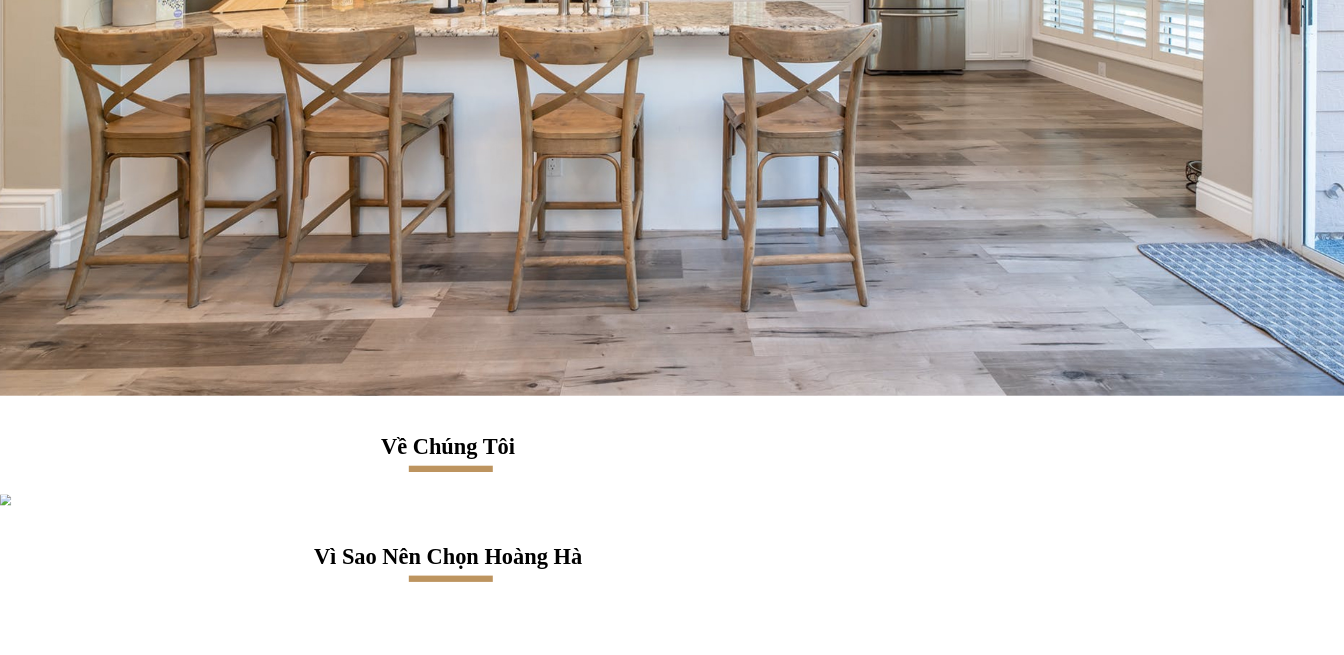
Repository: LDDUNG2003/front_end
Page: index.html
The author's editor kept a copy of each file at every save. The page is drawn from the files as they stood at one save, then again after the next save.
The browser window is 1280 px wide. The page is 1920 px wide, so the pictures cover 1920 px, including what lies to the right of the window. The pictures show the part of the page from y = 2216 to 3496 px (the page is 3151 px tall before and 3496 px after), at 70% of full size.
Some web libraries are served in a nearby version.

Above is the page before, as saved 2023-08-29 10:10:17.

### index.html
<!DOCTYPE html>
<html lang="en">

<head>
    <meta charset="UTF-8">
    <meta name="viewport" content="width=device-width, initial-scale=1.0">
    <title>Document</title>
    <link rel="stylesheet" href="https://cdnjs.cloudflare.com/ajax/libs/font-awesome/6.4.2/css/all.min.css" integrity="sha512-z3gLpd7yknf1YoNbCzqRKc4qyor8gaKU1qmn+CShxbuBusANI9QpRohGBreCFkKxLhei6S9CQXFEbbKuqLg0DA==" crossorigin="anonymous" referrerpolicy="no-referrer"
    />
    <link rel="stylesheet" type="text/css" href="//cdn.jsdelivr.net/npm/slick-carousel@1.8.1/slick/slick.css" />
    <link rel="stylesheet" type="text/css" href="//cdn.jsdelivr.net/npm/slick-carousel@1.8.1/slick/slick-theme.css" />
    <link rel="stylesheet" href="./public/css/base.css">
    <link rel="stylesheet" href="./public/css/home.css">
    <script src="https://kit.fontawesome.com/9ffed7d99e.js" crossorigin="anonymous"></script>
</head>

<>
    <div class="main">
        <div class="header">
            <div class="navBar">
                <img src="./public/img/logo.png" alt="logo" class="logo">
                <ul class="navBar__list">
                    <li class="navBar__list-item"><a href="" class="navBar__list--link">trang chủ</a></li>
                    <li class="navBar__list-item">
                        <a href="" class="navBar__list--link">giới thiệu</a>
                    </li>
                    <li class="navBar__list-item">
                        <a href="" class="navBar__list--link">sản phẩm</a>
                    </li>
                    <li class="navBar__list-item">
                        <a href="" class="navBar__list--link">đối tác</a>
                    </li>
                    <li class="navBar__list-item">
                        <a href="" class="navBar__list--link">tin tức</a>
                    </li>
                    <li class="navBar__list-item">
                        <a href="" class="navBar__list--link">liên hệ</a>
                    </li>
                </ul>
            </div>
        </div>
        <div class="content">
            <div class="content__banner">
                <div class="content--list-image">
                    <img class="content--image" src="./public/img/banner.png" alt="">
                </div>
                <div class="banner--content">
                    <h2 class="banner--content-text-title">THẾ GIỚI NỘI THẤT SỐ 1 VIỆT NAM</h2>
                    <h2 class="banner--content-text-title" style="color: var(--primary-color)">hoàng hoan</h2>
                    <p class="banner--content-text">Sứ mệnh của chúng tôi là kết hợp hài hòa giữa ý tưởng và mong muốn của khách hàng, đem lại những phút giây thư giãn tuyệt vời bên gia đình và những người thân yêu.</p>
                    <button class="banner--button">LIÊN HỆ NGAY</button>
                </div>
            </div>
            <div class="content__focut">
                <ul class="focut--list">
                    <li class="focut--item">
                        <img src="./public/img/product/icon-phong-khach.png" alt="" class="focut--img">
                        <h6 class="focut--text">Phòng khách</h6>
                    </li>
                    <li class="focut--item">
                        <img src="./public/img/product/icon-phong-ngu.png" alt="" class="focut--img">
                        <h6 class="focut--text">Phòng Ngủ</h6>
                    </li>
                    <li class="focut--item">
                        <img src="./public/img/product/icon-phong-bep.png" alt="" class="focut--img">
                        <h6 class="focut--text">Phòng Bếp</h6>
                    </li>
                    <li class="focut--item">
                        <img src="./public/img/product/icon-phong-tam.png" alt="" class="focut--img">
                        <h6 class="focut--text">Phòng Tắm</h6>
                    </li>
                    <li class="focut--item">
                        <img src="./public/img/product/icon-tre-em.png" alt="" class="focut--img">
                        <h6 class="focut--text">Trẻ Em</h6>
                    </li>
                    <li class="focut--item">
                        <img src="./public/img/product/icon-van-phong.png" alt="" class="focut--img">
                        <h6 class="focut--text">Văn Phòng</h6>
                    </li>
                    <li class="focut--item">
                        <img src="./public/img/product/icon-cau-thang.png" alt="" class="focut--img">
                        <h6 class="focut--text">Cầu Thang</h6>
                    </li>
                    <li class="focut--item">
                        <img src="./public/img/product/icon-do-trang-tri.png" alt="" class="focut--img">
                        <h6 class="focut--text">Đồ Trang Trí</h6>
                    </li>
                </ul>
            </div>
            <div class="content__featured">
                <h2 class="content--title">SẢN PHẨM NỔI BẬT</h2>
                <ul class="featured--list" data-slick='{"slidesToShow": 4, "slidesToScroll": 4}'>
                    <li class="featured--item">
                        <img src="./public/img/featured/giuong-ngu.png" alt="" class="featured--img">
                        <div class="featured--content">
                            <h5 class="featured-name">Giường Châu Âu</h5>
                            <ul class="evaluate--list">
                                <li><i class="fa-solid fa-star" style="color: #eff312;"></i></li>
                                <li><i class="fa-solid fa-star" style="color: #eff312;"></i></li>
                                <li><i class="fa-solid fa-star" style="color: #eff312;"></i></li>
                                <li><i class="fa-solid fa-star" style="color: #eff312;"></i></li>
                                <li><i class="fa-solid fa-star" style="color: #eff312;"></i></li>
                            </ul>
                            <i class="note-product">(size vừa , trắng nâu)</i>
                            <p class="price-product">3.999.000 VND</p>
                        </div>
                    </li>
                    <li class="featured--item">
                        <img src="./public/img/featured/giuong-ngu.png" alt="" class="featured--img">
                        <div class="featured--content">
                            <h5 class="featured-name">Giường Châu Âu</h5>
                            <ul class="evaluate--list">
                                <li><i class="fa-solid fa-star" style="color: #eff312;"></i></li>
                                <li><i class="fa-solid fa-star" style="color: #eff312;"></i></li>
                                <li><i class="fa-solid fa-star" style="color: #eff312;"></i></li>
                                <li><i class="fa-solid fa-star" style="color: #eff312;"></i></li>
                                <li><i class="fa-solid fa-star" style="color: #eff312;"></i></li>
                            </ul>
                            <i class="note-product">(size vừa , trắng nâu)</i>
                            <p class="price-product">3.999.000 VND</p>
                        </div>
                    </li>
                    <li class="featured--item">
                        <img src="./public/img/featured/giuong-ngu.png" alt="" class="featured--img">
                        <div class="featured--content">
                            <h5 class="featured-name">Giường Châu Âu</h5>
                            <ul class="evaluate--list">
                                <li><i class="fa-solid fa-star" style="color: #eff312;"></i></li>
                                <li><i class="fa-solid fa-star" style="color: #eff312;"></i></li>
                                <li><i class="fa-solid fa-star" style="color: #eff312;"></i></li>
                                <li><i class="fa-solid fa-star" style="color: #eff312;"></i></li>
                                <li><i class="fa-solid fa-star" style="color: #eff312;"></i></li>
                            </ul>
                            <i class="note-product">(size vừa , trắng nâu)</i>
                            <p class="price-product">3.999.000 VND</p>
                        </div>
                    </li>
                    <li class="featured--item">
                        <img src="./public/img/featured/giuong-ngu.png" alt="" class="featured--img">
                        <div class="featured--content">
                            <h5 class="featured-name">Giường Châu Âu</h5>
                            <ul class="evaluate--list">
                                <li><i class="fa-solid fa-star" style="color: #eff312;"></i></li>
                                <li><i class="fa-solid fa-star" style="color: #eff312;"></i></li>
                                <li><i class="fa-solid fa-star" style="color: #eff312;"></i></li>
                                <li><i class="fa-solid fa-star" style="color: #eff312;"></i></li>
                                <li><i class="fa-solid fa-star" style="color: #eff312;"></i></li>
                            </ul>
                            <i class="note-product">(size vừa , trắng nâu)</i>
                            <p class="price-product">3.999.000 VND</p>
                        </div>
                    </li>
                    <li class="featured--item">
                        <img src="./public/img/featured/giuong-ngu.png" alt="" class="featured--img">
                        <div class="featured--content">
                            <h5 class="featured-name">Giường Châu Âu</h5>
                            <ul class="evaluate--list">
                                <li><i class="fa-solid fa-star" style="color: #eff312;"></i></li>
                                <li><i class="fa-solid fa-star" style="color: #eff312;"></i></li>
                                <li><i class="fa-solid fa-star" style="color: #eff312;"></i></li>
                                <li><i class="fa-solid fa-star" style="color: #eff312;"></i></li>
                                <li><i class="fa-solid fa-star" style="color: #eff312;"></i></li>
                            </ul>
                            <i class="note-product">(size vừa , trắng nâu)</i>
                            <p class="price-product">3.999.000 VND</p>
                        </div>
                    </li>
                </ul>
            </div>
            <div class="about__us">
                <div class="about--background">
                    <img src="./public/img/about/bg-about-us.jpg" alt="">
                </div>
                <div class="about__us-bag">
                    <div class="about-bag">
                        <div class=" about__content ">
                            <h2 class="content--title ">Về Chúng Tôi</h2>
                            <div class="about--block ">
                                <div class="about--content ">
                                    <img src=" " alt=" ">
                                </div>
                                <div class="about--content "></div>
                            </div>
                        </div>
                        <div class="about__content ">
                            <h2 class="content--title ">Vì Sao Nên Chọn Hoàng Hà</h2>
                            <div class="about__choose">
                                <ul class="choose--list">
                                    <li class="choose--item">
                                        <img src="" alt="" class="choose--img">
                                        <div class="choose--contain">
                                            <h4 class="choose--title"></h4>
                                            <p class="choose--text"></p>
                                        </div>
                                    </li>
                                    <li class="choose--item">
                                        <img src="" alt="" class="choose--img">
                                        <div class="choose--contain">
                                            <h4 class="choose--title"></h4>
                                            <p class="choose--text"></p>
                                        </div>
                                    </li>
                                    <li class="choose--item">
                                        <img src="" alt="" class="choose--img">
                                        <div class="choose--contain">
                                            <h4 class="choose--title"></h4>
                                            <p class="choose--text"></p>
                                        </div>
                                    </li>
                                    <li class="choose--item">
                                        <img src="" alt="" class="choose--img">
                                        <div class="choose--contain">
                                            <h4 class="choose--title"></h4>
                                            <p class="choose--text"></p>
                                        </div>
                                    </li>
                                </ul>
                            </div>
                        </div>
                    </div>
                </div>
            </div>
        </div>
        <div class="footer "></div>
    </div>
    <script type="text/javascript " src="//code.jquery.com/jquery-1.11.0.min.js "></script>
    <script type="text/javascript " src="//code.jquery.com/jquery-migrate-1.2.1.min.js "></script>
    <script type="text/javascript " src="//cdn.jsdelivr.net/npm/slick-carousel@1.8.1/slick/slick.min.js "></script>
    <script>
        $(document).ready(function() {
            $('.featured--list').slick();
        });
    </script>
    </body>

</html>

### public/css/base.css
* {
    padding: 0px;
    margin: 0px;
}

:root {
    --primary-color: #bd945f;
    --text-color: #222222;
}


/* font setting */

@font-face {
    font-family: "gotham-family";
    src: url(../front/Gotham-Medium.otf);
    font-family: "gotham-linear";
    src: url(../front/Gotham-Thin.otf);
    font-family: "gotham-utral";
    src: url(../front/Gotham-Ultra.otf);
}

* {
    font-family: "gotham-family";
}

.main {
    width: 100%;
}

.header {
    padding: 10px 0px;
    margin: auto;
    width: 100%;
    max-width: 1200px;
}

.navBar {
    display: flex;
    width: 100%;
    justify-content: space-between;
}

.logo {
    height: 80px;
}

.navBar__list {
    display: flex;
    list-style: none;
    align-items: center;
}

.navBar__list-item {
    margin: 0 10px;
}

.navBar__list--link {
    text-transform: uppercase;
    font-size: 16px;
    color: var(--text-color);
    text-decoration: none;
}

.featured--content {}

.featured-name {
    font-size: 18px;
    text-transform: capitalize;
}

.evaluate--list {
    list-style: none;
    display: flex;
    justify-content: center;
}

.evaluate--list li {
    padding: 5px;
    margin: 0;
}

.note-product {}

.price-product {
    padding: 7px 0px;
    font-weight: 800;
    font-size: 16px;
}

.slick-prev:before,
.slick-next:before {
    color: var(--primary-color);
    width: 15px;
}

### public/css/home.css
.content {
    width: 100%;
    max-width: 1500px;
    margin: auto;
}

.content__banner {
    width: 100%;
    position: relative;
}

.content--list-image {
    width: 100%;
    max-width: 1500px;
    margin: auto;
}

.content--image {
    width: 100%;
}

.banner--content {
    position: absolute;
    top: 10%;
    left: 15%;
}

.banner--content-text-title {
    text-transform: uppercase;
    font-family: 800;
    font-family: "gotham-utral";
    font-size: 25px;
}

.banner--content-text {
    font-size: 18px;
    color: var(--text-color);
    width: 420px;
}

.banner--button {
    padding: 20px;
    color: aliceblue;
    background-color: var(--primary-color);
    border: none;
    font-family: "gotham-utral";
    font-size: 18px;
    cursor: pointer;
}

.content__focut {
    position: relative;
    background-color: #ffffff;
    top: -60px;
    max-width: 1200px;
    width: 100%;
    margin: auto;
}

.focut--list {
    margin: auto;
    display: flex;
    width: 100%;
    list-style: none;
    flex-wrap: wrap;
}

.focut--item {
    width: 25%;
    text-align: center;
}

.focut--img {
    width: 100%;
}

.focut--text {
    text-align: center;
    font-size: 23px;
}

.content--title {
    font-size: 32px;
    padding: 50px 0px;
    text-align: center;
    position: relative;
}

.content--title::before {
    content: '';
    background-color: var(--primary-color);
    width: 120px;
    height: 9px;
    position: absolute;
    top: 70%;
    right: 45%;
}

.content__featured {
    width: 100%;
    max-width: 1200px;
    margin: auto;
}

.featured--list {
    width: 100%;
    list-style: none;
    display: flex;
    text-align: center;
}

.featured--item {}

.featured--img {
    width: 80%;
}

After the next save:
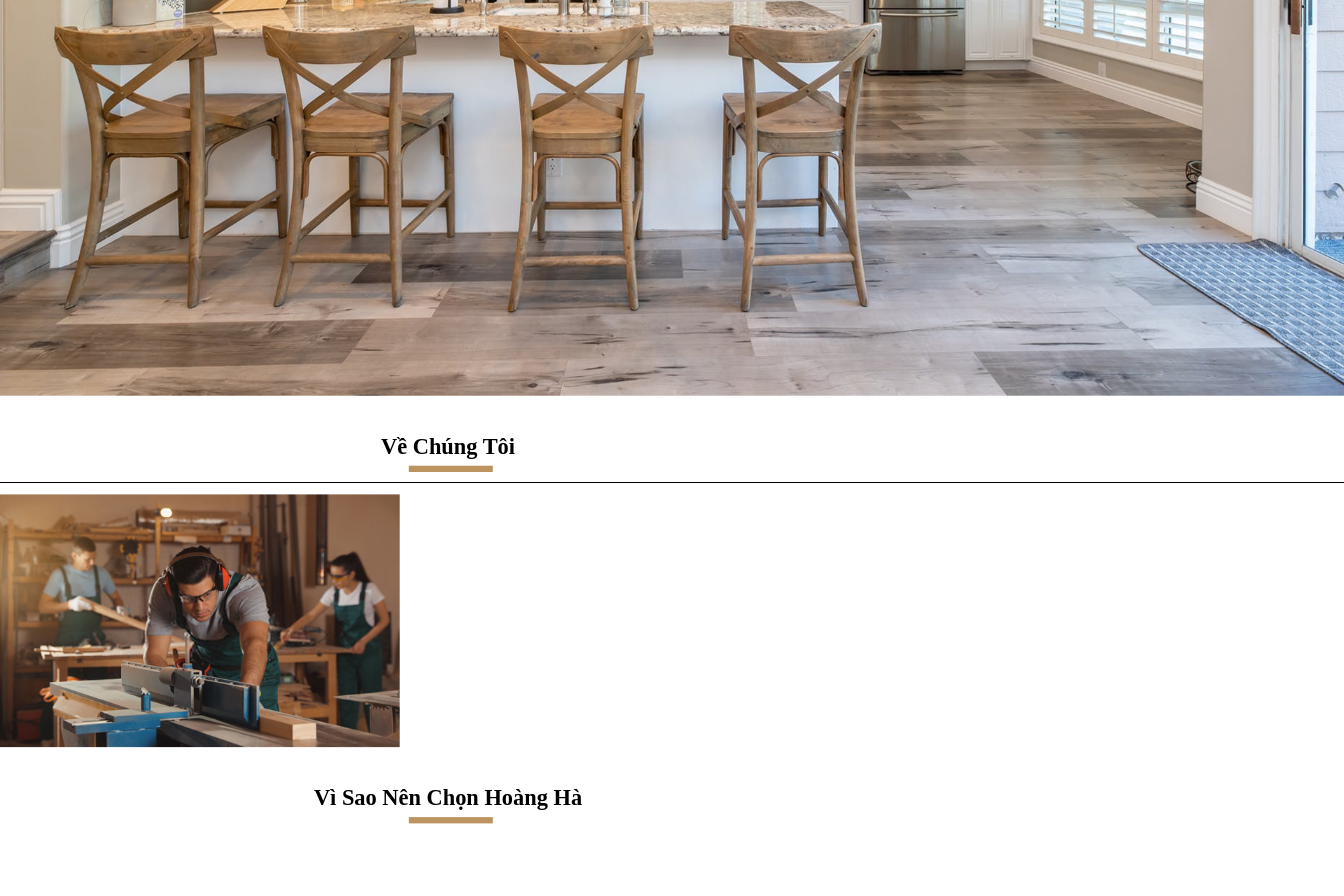
Saved 18 s later.
--- a/index.html
+++ b/index.html
@@ -177,7 +177,7 @@
                             <h2 class="content--title ">Về Chúng Tôi</h2>
                             <div class="about--block ">
                                 <div class="about--content ">
-                                    <img src=" " alt=" ">
+                                    <img src="./public/img/about/ve-chung-toi.jpg" alt=" ">
                                 </div>
                                 <div class="about--content "></div>
                             </div>
